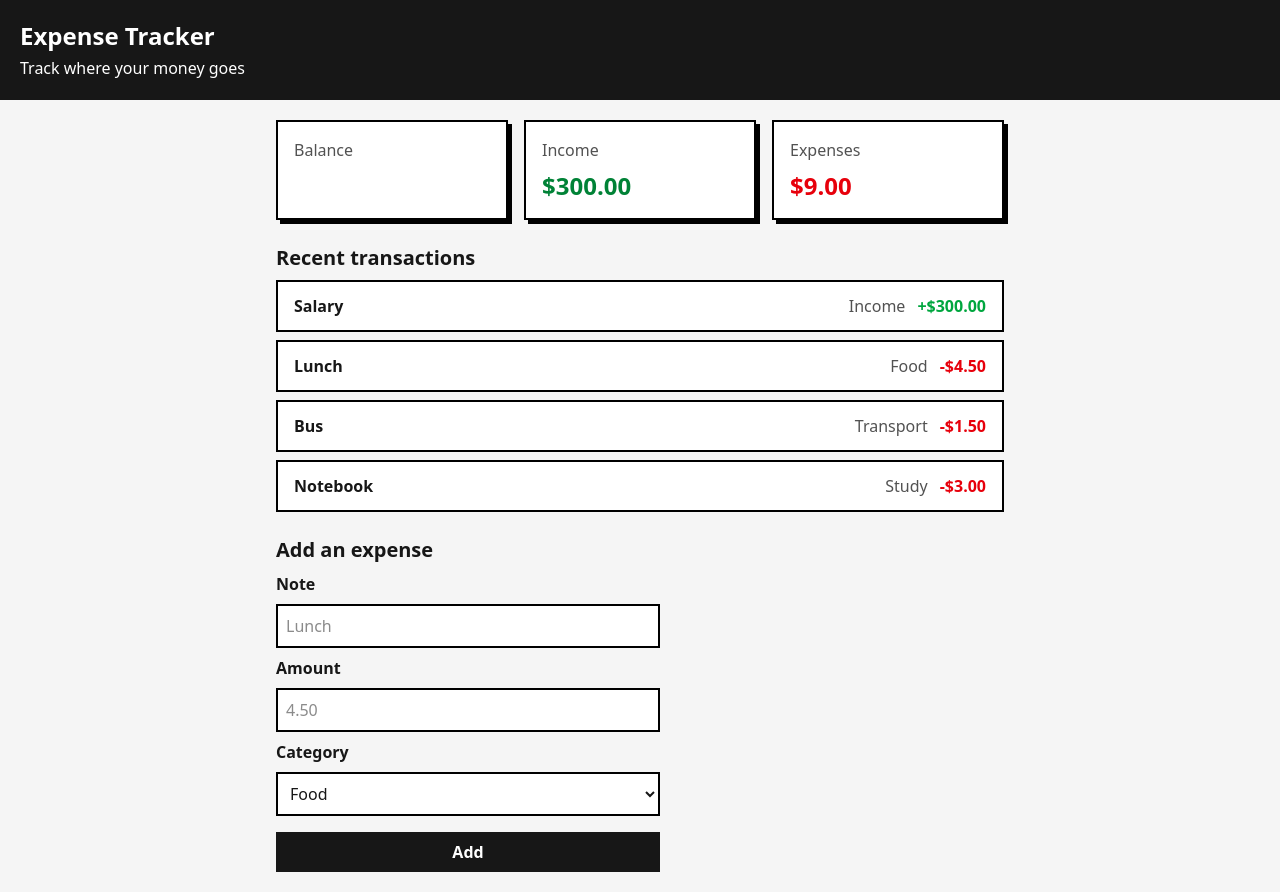
Repository: Keanbunheng/html-basics-Day1_AI
Page: expense-tracker-w2-d4-start/index.html
These files come from the project's save history. The page is drawn as it stood at one moment and after a run of saves; the edit follows.
The browser window is 1280 px wide. The pictures show the whole page.

Above is the page before, as saved 2026-11-17 21:13:07.

### expense-tracker-w2-d4-start/index.html
<!doctype html>
<html lang="en">
  <head>
    <meta charset="UTF-8" />
    <meta name="viewport" content="width=device-width, initial-scale=1.0" />
    <title>Expense Tracker</title>
    <script src="https://cdn.jsdelivr.net/npm/@tailwindcss/browser@4.1.18"></script>
  </head>
  <body class="bg-neutral-100 text-neutral-900">
    <header class="bg-neutral-900 p-5 text-white">
      <h1 class="mb-1 text-2xl font-bold">Expense Tracker</h1>
      <p>Track where your money goes</p>
    </header>

    <main class="mx-auto max-w-3xl p-5">
      <section class="mb-6 flex flex-col gap-4 sm:flex-row">
        <div
          class="flex-1 border-2 border-black bg-white p-4 shadow-[4px_4px_0_#000]"
        >
          <p class="mb-2 text-neutral-600">Balance</p>
          <p class="text-2xl font-bold" id="total-money">$291.00</p>
        </div>
        <div
          class="flex-1 border-2 border-black bg-white p-4 shadow-[4px_4px_0_#000]"
        >
          <p class="mb-2 text-neutral-600">Income</p>
          <p class="text-2xl font-bold text-green-700" id="income-money">
            $300.00
          </p>
        </div>
        <div
          class="flex-1 border-2 border-black bg-white p-4 shadow-[4px_4px_0_#000]"
        >
          <p class="mb-2 text-neutral-600">Expenses</p>
          <p class="text-2xl font-bold text-red-600" id="expense-money">
            $9.00
          </p>
        </div>
      </section>

      <section class="mb-6">
        <h2 class="mb-2 text-xl font-bold">Recent transactions</h2>
        <ul id="list-container">
          <li
            class="mb-2 flex flex-col gap-1 border-2 border-black bg-white px-4 py-3 sm:flex-row sm:justify-between sm:gap-3"
          >
            <span class="flex-1 font-semibold">Salary</span>
            <span class="text-neutral-600">Income</span>
            <span class="font-bold text-green-700">+$300.00</span>
          </li>
          <li
            class="mb-2 flex flex-col gap-1 border-2 border-black bg-white px-4 py-3 sm:flex-row sm:justify-between sm:gap-3"
          >
            <span class="flex-1 font-semibold">Lunch</span>
            <span class="text-neutral-600">Food</span>
            <span class="font-bold text-red-600">-$4.50</span>
          </li>
          <li
            class="mb-2 flex flex-col gap-1 border-2 border-black bg-white px-4 py-3 sm:flex-row sm:justify-between sm:gap-3"
          >
            <span class="flex-1 font-semibold">Bus</span>
            <span class="text-neutral-600">Transport</span>
            <span class="font-bold text-red-600">-$1.50</span>
          </li>
          <li
            class="mb-2 flex flex-col gap-1 border-2 border-black bg-white px-4 py-3 sm:flex-row sm:justify-between sm:gap-3"
          >
            <span class="flex-1 font-semibold">Notebook</span>
            <span class="text-neutral-600">Study</span>
            <span class="font-bold text-red-600">-$3.00</span>
          </li>
        </ul>
      </section>

      <section>
        <h2 class="mb-2 text-xl font-bold">Add an expense</h2>
        <form class="flex max-w-sm flex-col gap-2" id="input">
          <label for="note" class="font-semibold">Note</label>
          <input
            id="note"
            type="text"
            placeholder="Lunch"
            class="border-2 border-black bg-white p-2"
          />

          <label for="amount" class="font-semibold">Amount</label>
          <input
            id="amount"
            type="number"
            step="0.01"
            placeholder="4.50"
            class="border-2 border-black bg-white p-2"
          />

          <label for="category" class="font-semibold">Category</label>
          <select id="category" class="border-2 border-black bg-white p-2">
            <option>Food</option>
            <option>Transport</option>
            <option>Study</option>
            <option>Other</option>
          </select>

          <button
            type="submit"
            class="mt-2 bg-neutral-900 p-2 font-semibold text-white"
            id="Button"
          >
            Add
          </button>
        </form>
      </section>
    </main>
    <script src="app.js"></script>
  </body>
</html>

### expense-tracker-w2-d4-start/app.js
const transactions = [
  {
    id: 1,
    note: 'Salary',
    category: 'Income',
    type: 'income',
    amountCents: 30000,
  },
  { id: 2, note: 'Lunch', category: 'Food', type: 'expense', amountCents: 450 },
  {
    id: 3,
    note: 'Bus',
    category: 'Transport',
    type: 'expense',
    amountCents: 150,
  },
  {
    id: 4,
    note: 'Notebook',
    category: 'Study',
    type: 'expense',
    amountCents: 300,
  },
];

function formatMoney(cents) {
  const sign = cents < 0 ? '-' : '';
  return sign + '$' + (Math.abs(cents) / 100).toFixed(2);
}

function totalCents(list) {
  return list.reduce((sum, tx) => sum + tx.amountCents, 0);
}

function filterByCategory(list, category) {
  return list.filter((tx) => tx.category === category);
}

function filterByType(list, type) {
  return list.filter((tx) => tx.type === type);
}

function summarize(list) {
  const incomeCents = totalCents(filterByType(list, 'income'));
  const expensesCents = totalCents(filterByType(list, 'expense'));
  return {
    incomeCents: incomeCents,
    expensesCents: expensesCents,
    balanceCents: incomeCents - expensesCents,
  };
}

function addTransaction(list, tx) {
  return [...list, tx];
}

// Practice 2 — the AI's totalExpenses, reviewed and fixed:
// whole cents, no off-by-one loop, no duplicated work.
function totalExpenses(list) {
  return totalCents(filterByType(list, 'expense'));
}

const notes = transactions.map((tx) => tx.note);

console.log(formatMoney(transactions[1].amountCents));

// ----- Checks -----
function check(name, actual, expected) {
  const ok = actual === expected;
  console.log(
    ok ? '✓' : '✗',
    name,
    ok ? '' : `(expected ${expected}, got ${actual})`,
  );
}

check('format 450', formatMoney(450), '$4.50');
check('total of all', totalCents(transactions), 30900);
check('Food count', filterByCategory(transactions, 'Food').length, 1);
check('expense count', filterByType(transactions, 'expense').length, 3);
check('balance', summarize(transactions).balanceCents, 29100);
check(
  'new length',
  addTransaction(transactions, {
    id: 5,
    note: 'Coffee',
    category: 'Food',
    type: 'expense',
    amountCents: 250,
  }).length,
  5,
);
check('notes', notes.join(','), 'Salary,Lunch,Bus,Notebook');
check('total expenses', totalExpenses(transactions), 900);

// Edge cases
check('total of empty list', totalCents([]), 0);
check('total expenses of empty list', totalExpenses([]), 0);
check('original list not changed', transactions.length, 4); // after addTransaction

const lists = document.querySelector('#list-container');
lists.innerHTML = transactions
  .map((ele) => {
    let isExpense = true;
    if (ele.type != 'expense') {
      isExpense = false;
    }
    return `
  <li class="mb-2 flex flex-col gap-1 border-2 border-black bg-white px-4 py-3 sm:flex-row sm:justify-between sm:gap-3">
    <span class="flex-1 font-semibold">${ele.note}</span>
    <span class="text-neutral-600">${ele.category}</span>
    <span class="font-bold ${isExpense ? 'text-red-600' : 'text-green-600'}">${isExpense ? '-' : '+'}${formatMoney(ele.amountCents)}</span>
  </li>
`;
  })
  .join('');

const totalMoney = document.getElementById('total-money').innerText = "";
const incomeMoney = document.getElementById('income-money');
const expenseMoney = document.getElementById('expense-money');

After the next 2 saves:
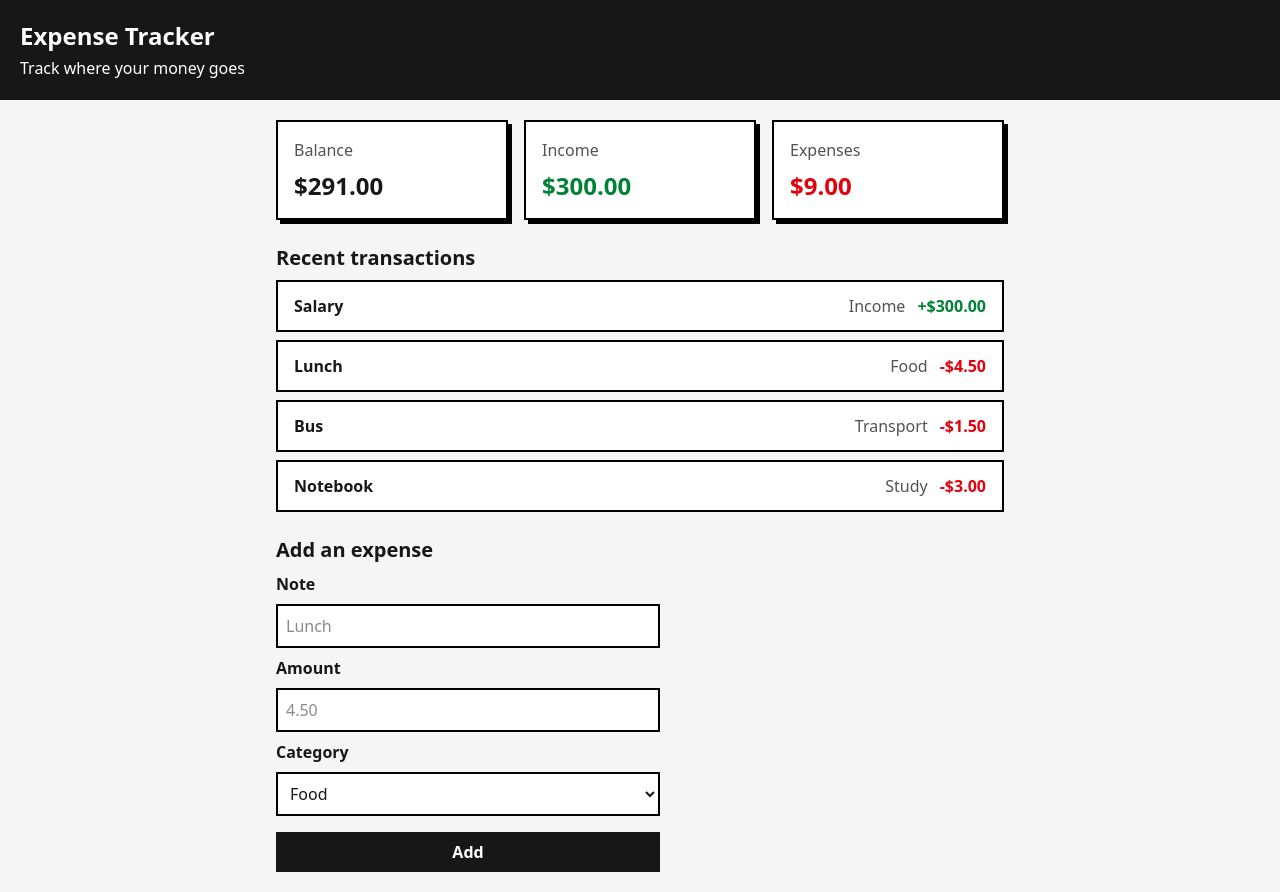
Console error: SyntaxError: Unexpected token ';'
The 2 saves are shown as one change because they came seconds apart.
The last was saved 39 s later.
--- a/expense-tracker-w2-d4-start/app.js
+++ b/expense-tracker-w2-d4-start/app.js
@@ -115,6 +115,6 @@ lists.innerHTML = transactions
   })
   .join('');
 
-const totalMoney = document.getElementById('total-money').innerText = "";
+const totalMoney = document.getElementById('total-money').innerText = summarize(transactions).;
 const incomeMoney = document.getElementById('income-money');
 const expenseMoney = document.getElementById('expense-money');

After the save that followed:
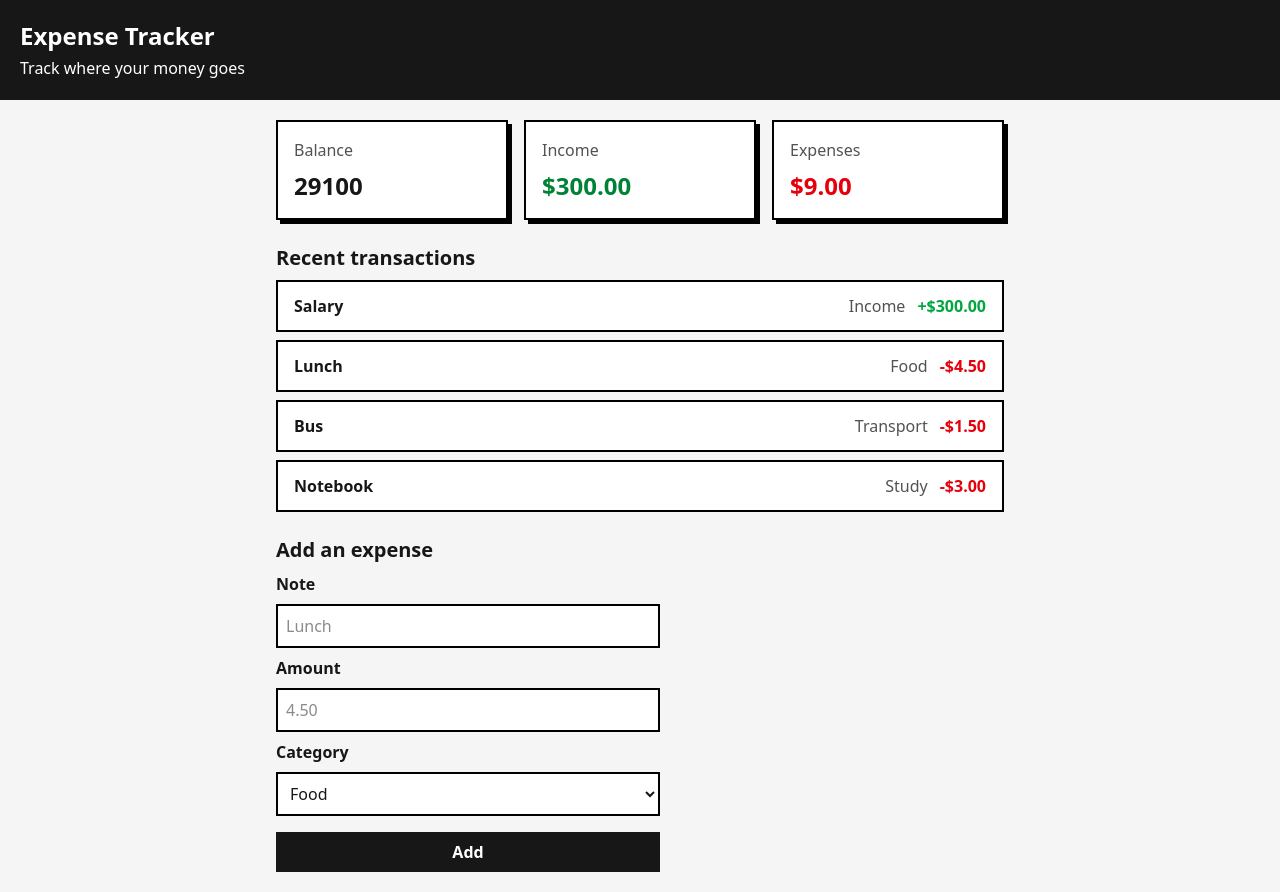
The error is gone.
Saved 4 s later.
--- a/expense-tracker-w2-d4-start/app.js
+++ b/expense-tracker-w2-d4-start/app.js
@@ -115,6 +115,6 @@ lists.innerHTML = transactions
   })
   .join('');
 
-const totalMoney = document.getElementById('total-money').innerText = summarize(transactions).;
+const totalMoney = document.getElementById('total-money').innerText = summarize(transactions).balanceCents;
 const incomeMoney = document.getElementById('income-money');
 const expenseMoney = document.getElementById('expense-money');
